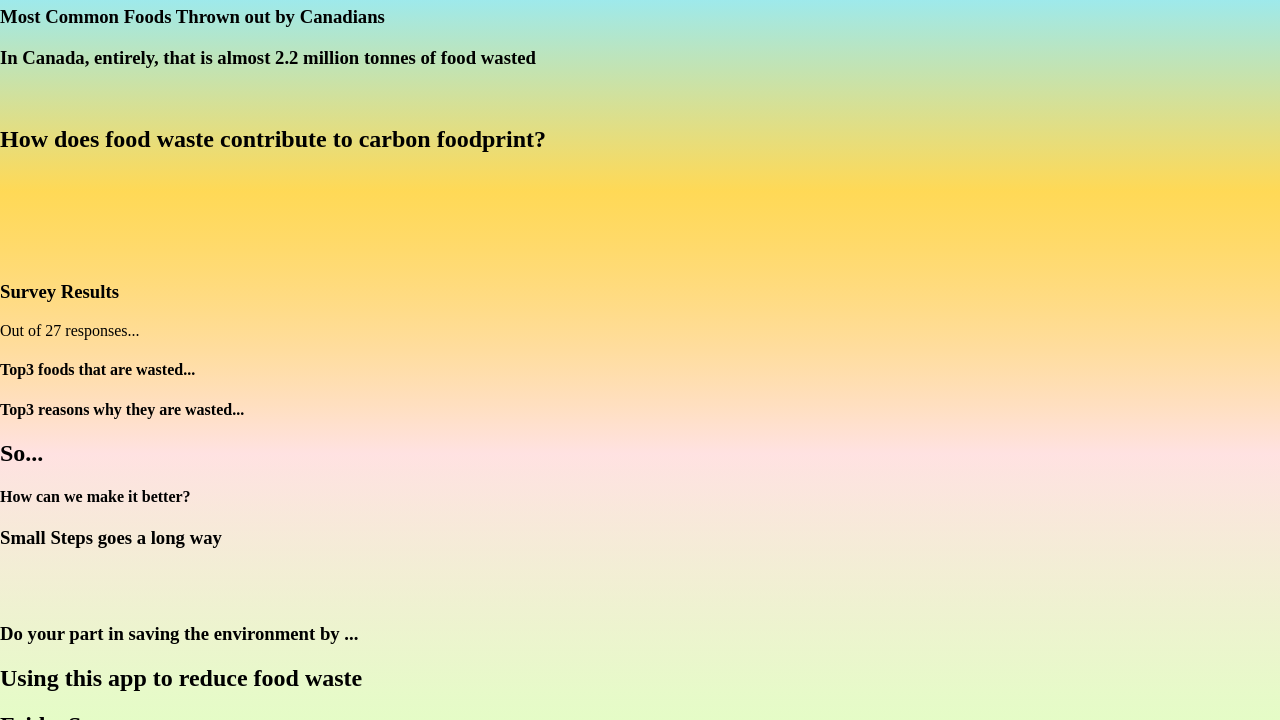
Repository: iorid3/Midterm
Page: index.html
These files come from the project's save history. The page is drawn as it stood at one moment and after the next save; the edit follows.
The browser window is 1280 px wide. The pictures show the whole page.
An inner scrolling area shows only its first screen.

Above is the page before, as saved 2021-03-08 14:05:33.
Console error: TypeError: Cannot read properties of null (reading 'innerHTML')

After the next save:
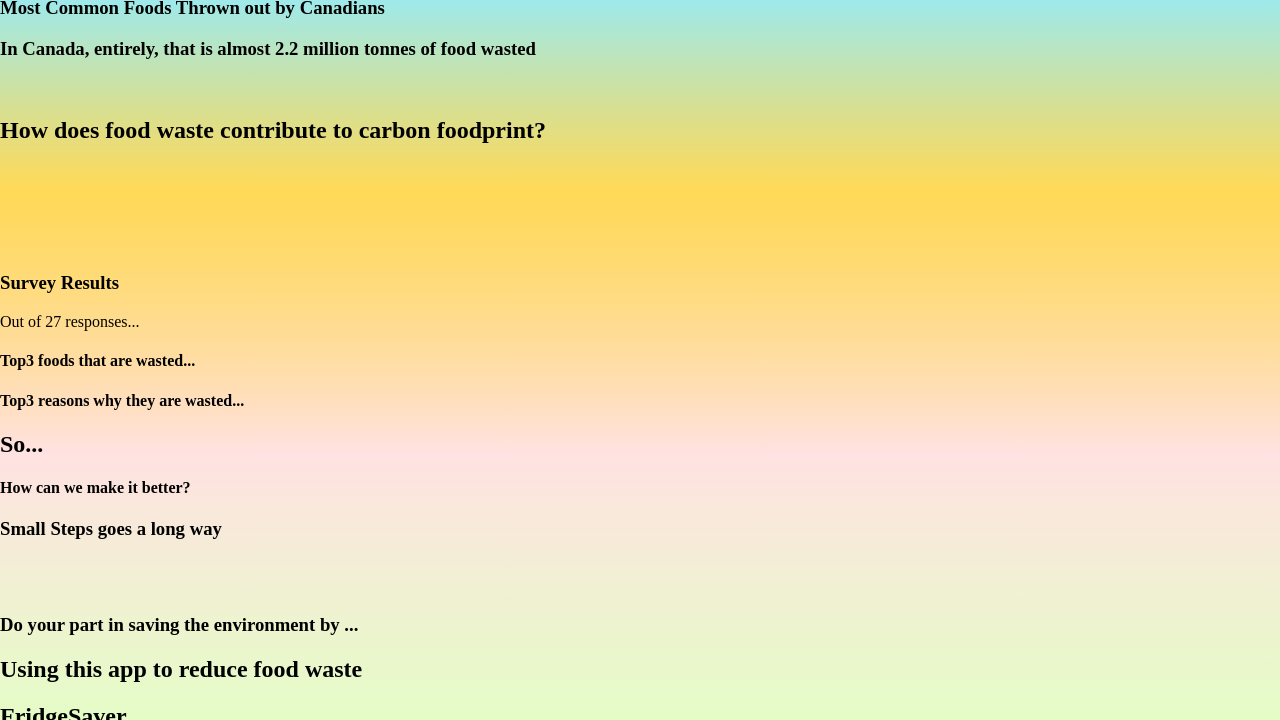
Saved 2 min 33 s later.
--- a/index.html
+++ b/index.html
@@ -132,6 +132,30 @@
                <div class = "rank2"></div>
            </div> -->
     </div>
+<<<<<<< HEAD
+=======
+
+
+
+
+
+
+
+
+
+
+
+
+
+
+a7c0d3a116ecb0
+
+<script src="./Comps/comp1/index.js"></script>
+<script src="./Comps/comp2/index.js"></script>
+ <script src = ./comps/comp6/index.js></script>
+ <script src = ./comps/comp7/index.js></script>
+ <script src = ./comps/comp8/index.js></script>
+>>>>>>> ee2642161d139200c8f0928fb4
 
 
 <script src = ./Comps/comp1/index.js></script>

After the 2 saves that followed:
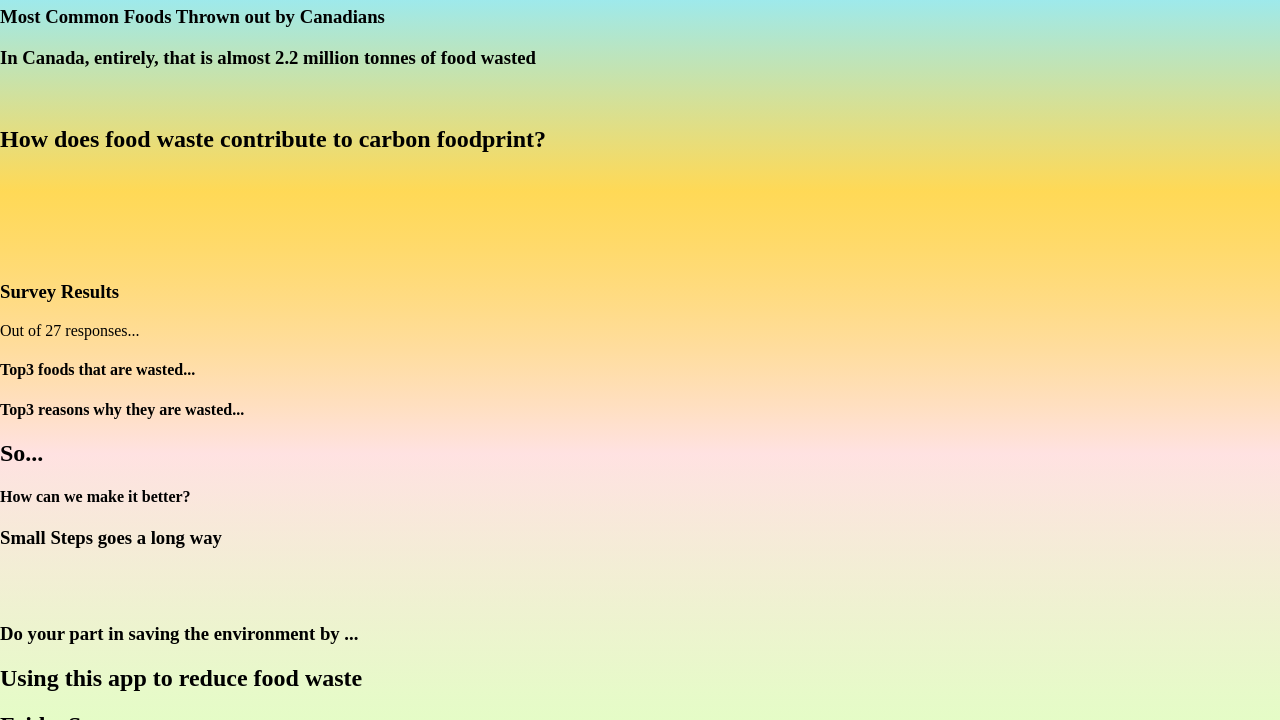
The 2 saves are shown as one change because they came seconds apart.
The last was saved 18 s later.
--- a/index.html
+++ b/index.html
@@ -132,8 +132,6 @@
                <div class = "rank2"></div>
            </div> -->
     </div>
-<<<<<<< HEAD
-=======
 
 
 
@@ -148,14 +146,13 @@
 
 
 
-a7c0d3a116ecb0
+
 
 <script src="./Comps/comp1/index.js"></script>
 <script src="./Comps/comp2/index.js"></script>
  <script src = ./comps/comp6/index.js></script>
  <script src = ./comps/comp7/index.js></script>
  <script src = ./comps/comp8/index.js></script>
->>>>>>> ee2642161d139200c8f0928fb4
 
 
 <script src = ./Comps/comp1/index.js></script>
